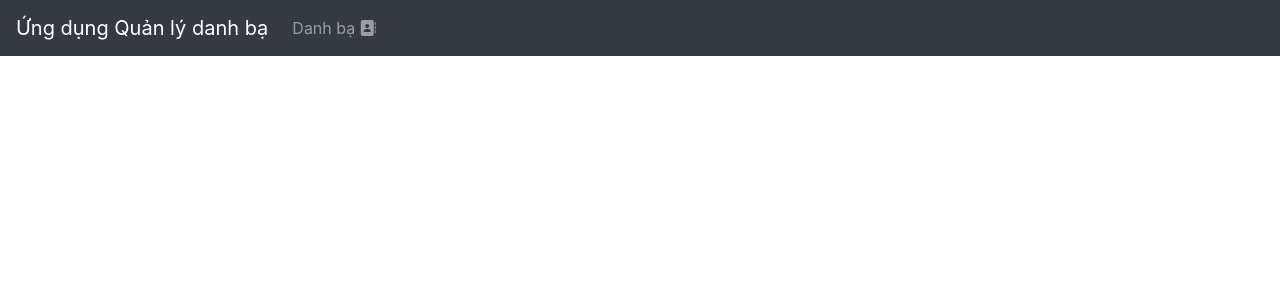
Repository: NguyenMinhKhanhB1909929/contactbook-frontend
Page: /
These files come from the project's save history. The page is drawn as it stood at one moment and after the next save; the edit follows.
The browser window is 1280 px wide. The pictures show the whole page.
The project was rebuilt for these pictures with package versions that can differ from the ones it lists, and the page was loaded fresh each time. Also part of the build but not shown: vite.config.js. Imported but missing from the stored project, and not drawn on this page: src/views/ContactBook.vue.

Above is the page before, as saved 2022-11-03 01:19:29.

After the next save:
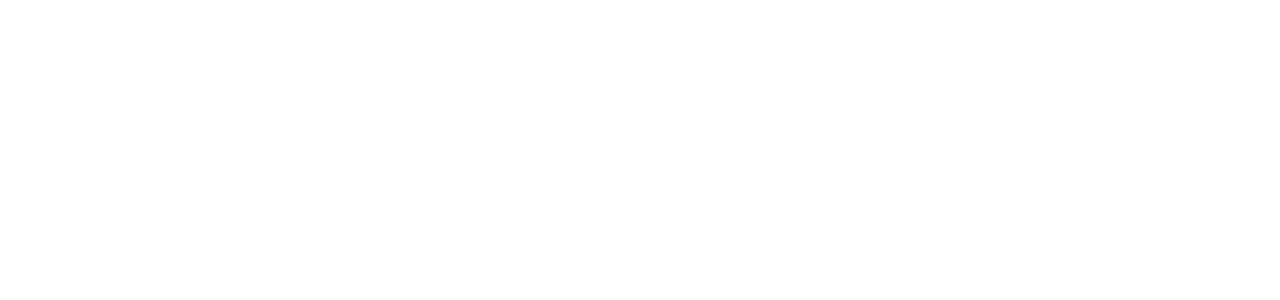
Console error: ReferenceError: FontAwesomeIcon is not defined
Saved 51 min 1 s later.
--- a/src/main.js
+++ b/src/main.js
@@ -4,4 +4,4 @@
 import "@fortawesome/fontawesome-free/css/all.min.css";
 import router from "./router";
 
-createApp(App).mount("#app");
+createApp(App).component("fa", FontAwesomeIcon).use(router).mount("#app");

After the save that followed:
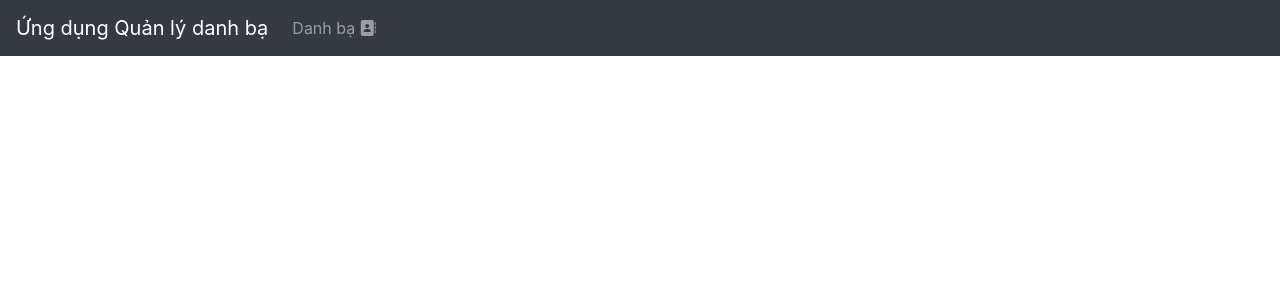
The error is gone.
Saved 12 s later.
--- a/src/main.js
+++ b/src/main.js
@@ -4,4 +4,4 @@
 import "@fortawesome/fontawesome-free/css/all.min.css";
 import router from "./router";
 
-createApp(App).component("fa", FontAwesomeIcon).use(router).mount("#app");
+createApp(App).mount("#app");
